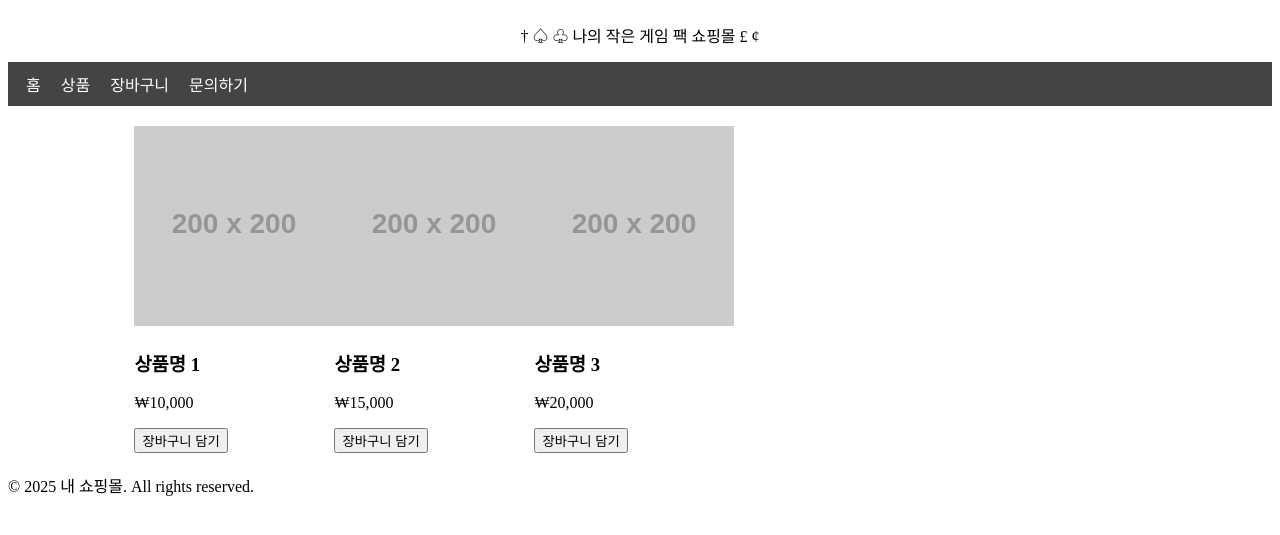
Repository: SeungYeon04/A_AssetsJSP
Page: http://localhost/JSP_Start01/
An editor plug-in stored every save of this project. The page is shown before and after the next save, followed by the edit.
The browser window is 1280 px wide. The pictures show the whole page.
Some web fonts or font styles are not loaded; a fallback is used. The page is served by Tomcat 9.

Above is the page before, as saved 2025-03-11 05:47:26.

### JSP_Start01/src/main/webapp/index.jsp
<%@ page language="java" contentType="text/html; charset=UTF-8"
    pageEncoding="UTF-8"%>
<!DOCTYPE html>
<html>
<head>
<meta charset="UTF-8">
<title>Insert title here</title>
</head>
<body>
	<header>† ♤ ♧  나의 작은 게임 팩 쇼핑몰 £ ¢</header>

    <nav>
        <a href="#">홈</a>
        <a href="#">상품</a>
        <a href="#">장바구니</a>
        <a href="#">문의하기</a>
    </nav>

    <div class="container">
        <div class="product">
            <img src="https://via.placeholder.com/200" alt="상품1">
            <h3>상품명 1</h3>
            <p>₩10,000</p>
            <button>장바구니 담기</button>
        </div>

        <div class="product">
            <img src="https://via.placeholder.com/200" alt="상품2">
            <h3>상품명 2</h3>
            <p>₩15,000</p>
            <button>장바구니 담기</button>
        </div>

        <div class="product">
            <img src="https://via.placeholder.com/200" alt="상품3">
            <h3>상품명 3</h3>
            <p>₩20,000</p>
            <button>장바구니 담기</button>
        </div>
    </div>

    <footer>© 2025 내 쇼핑몰. All rights reserved.</footer>
    <style>

    	body {
    		font-family: 'Ownglyph_ParkDaHyun';
    	}

    	header {
    		text-align: center;
    		padding: 15px 0;
    	}



	    @font-face {
		    font-family: 'Ownglyph_ParkDaHyun';
		    src: url('https://fastly.jsdelivr.net/gh/projectnoonnu/2411-3@1.0/Ownglyph_ParkDaHyun.woff2') format('woff2');
		    font-weight: normal;
		    font-style: normal;
		}

		nav {
			background-color: #444;
			padding: 10px;
			text-align: ceter;

			a {
				color: white;
            	text-decoration: none;
            	margin: 0 8px;
            	/*font-size: 18px;*/
			 }

			a:hover {
            	text-decoration: underline;
        	}
		}

		/* 메인콘텐츠 */
		.container {
			width: 80%;
			margin: 20px auto;
			display: flex;
			flex-wrap: wrap;
			jusify-content:	space-between;
		}

		.product {


		}

    </style>
</body>
</html>

After the next save:
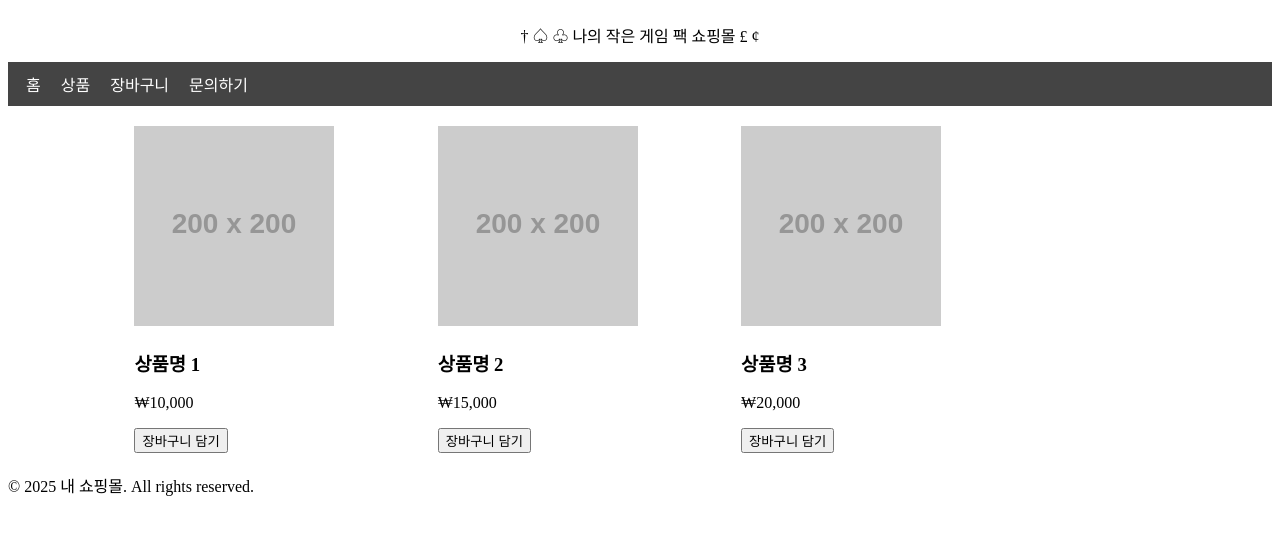
Saved 8 s later.
--- a/JSP_Start01/src/main/webapp/index.jsp
+++ b/JSP_Start01/src/main/webapp/index.jsp
@@ -87,7 +87,7 @@
 		}
 
 		.product {
-
+			width: 30%;
 
 		}
 
